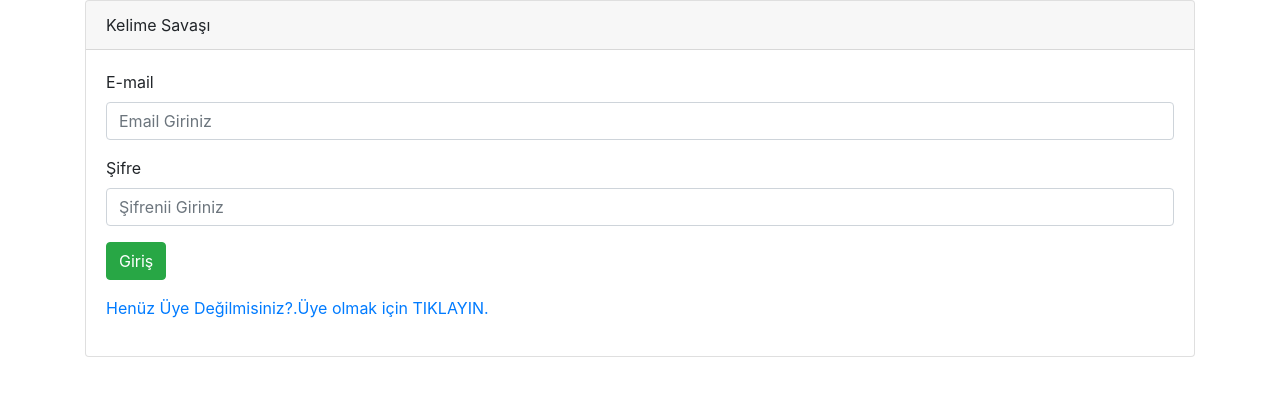
Repository: triapost/kelimeapp
Page: /login
The author's editor kept a copy of each file at every save. The page is drawn from the files as they stood at one save, then again after the next save.
The browser window is 1280 px wide. The pictures show the whole page.
The project was rebuilt for these pictures with package versions that can differ from the ones it lists, and the page was loaded fresh each time. Also part of the build but not shown: src/pages/auth/Register.js, src/pages/home/Home.js.

Above is the page before, as saved 2020-09-15 22:29:45.

After the next save:
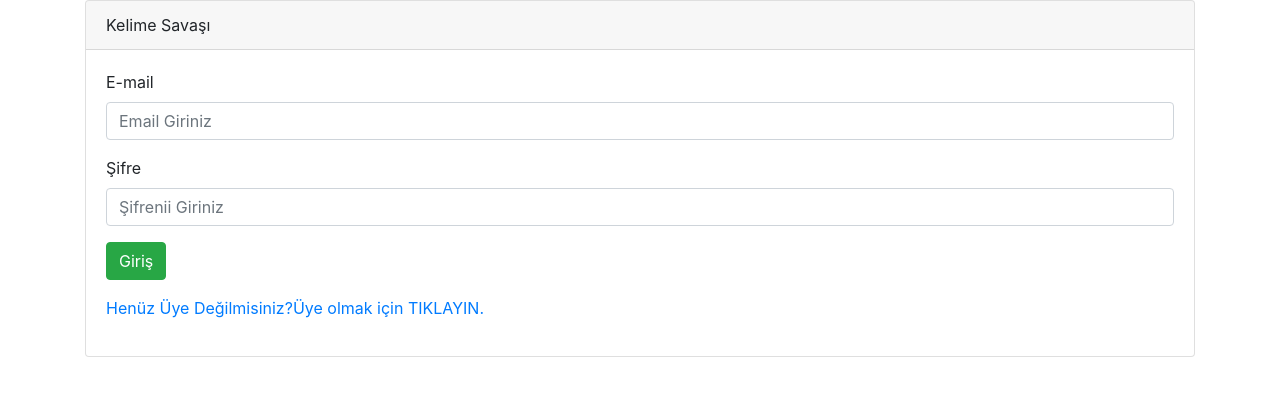
Saved 9 s later.
--- a/src/pages/auth/Login.js
+++ b/src/pages/auth/Login.js
@@ -34,7 +34,7 @@ const Login = () => {
             <div className="form-group">
               {" "}
               <Link to="/register">
-                Henüz Üye Değilmisiniz?.Üye olmak için TIKLAYIN.
+                Henüz Üye Değilmisiniz?Üye olmak için TIKLAYIN.
               </Link>
             </div>
           </form>
